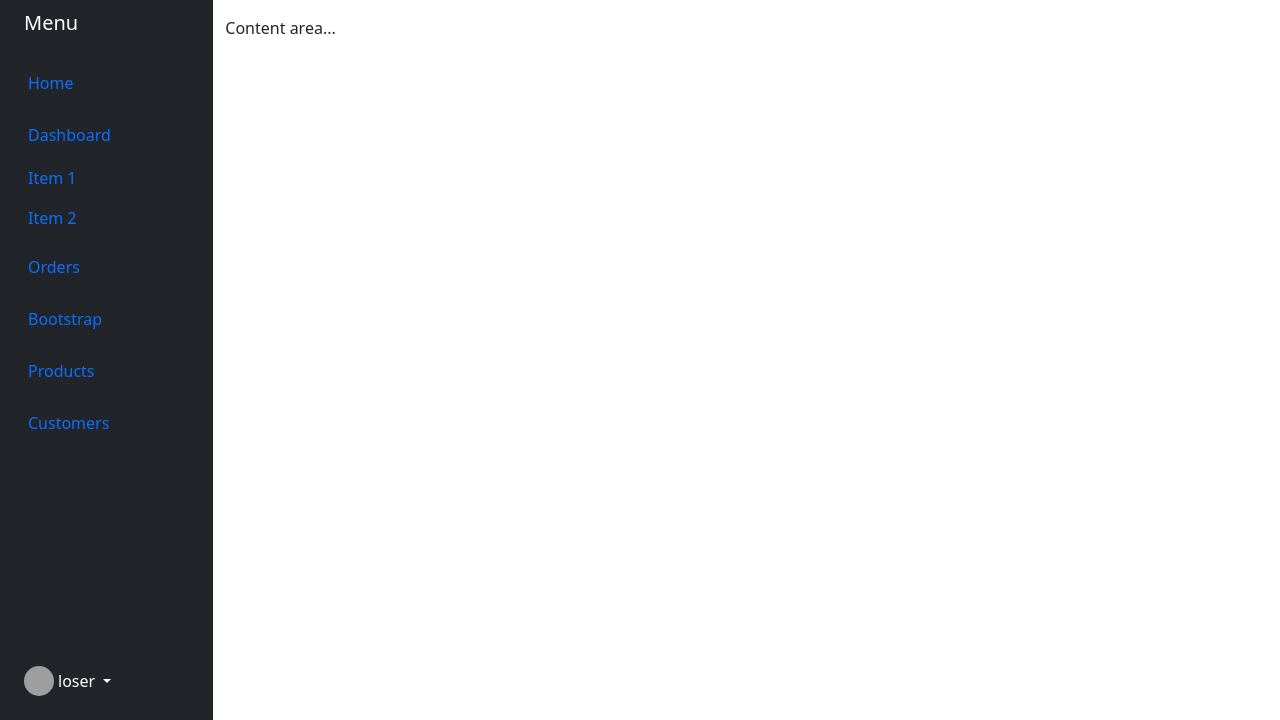
Repository: Sarah7223/internet-programming-tp
Page: TP4/TP04.6.html
An editor plug-in stored every save of this project. The page is shown before and after the next save, followed by the edit.
The browser window is 1280 px wide. The pictures show the whole page.
Pictures or frames that could not be fetched are drawn as grey boxes.

Above is the page before, as saved 2023-02-01 23:16:00.

### TP4/TP04.6.html
<!DOCTYPE html>
    <head>
        <style>
            .logo{
                display: flex;
                align-items: flex-end;

            }


        </style>
        <link href="https://cdn.jsdelivr.net/npm/bootstrap@5.3.0-alpha1/dist/css/bootstrap.min.css" rel="stylesheet" integrity="sha384-GLhlTQ8iRABdZLl6O3oVMWSktQOp6b7In1Zl3/Jr59b6EGGoI1aFkw7cmDA6j6gD" crossorigin="anonymous">
    </head>
    <body>
        <div class="container-fluid">
            <div class="row flex-nowrap">
                <div class="col-auto col-md-3 col-xl-2 px-sm-2 px-0 bg-dark">
                    <div class="d-flex flex-column align-items-center align-items-sm-start px-3 pt-2 text-white min-vh-100">
                        <a href="/" class="d-flex align-items-center pb-3 mb-md-0 me-md-auto text-white text-decoration-none">
                            <span class="fs-5 d-none d-sm-inline">Menu</span>
                        </a>
                        <ul class="nav nav-pills flex-column mb-sm-auto mb-0 align-items-center align-items-sm-start" id="menu">
                            <li class="nav-item">
                                <a href="#" class="nav-link align-middle px-0">
                                    <i class="fs-4 bi-house"></i> <span class="ms-1 d-none d-sm-inline">Home</span>
                                </a>
                            </li>
                            <li>
                                <a href="#submenu1" data-bs-toggle="collapse" class="nav-link px-0 align-middle">
                                    <i class="fs-4 bi-speedometer2"></i> <span class="ms-1 d-none d-sm-inline">Dashboard</span> </a>
                                <ul class="collapse show nav flex-column ms-1" id="submenu1" data-bs-parent="#menu">
                                    <li class="w-100">
                                        <a href="#" class="nav-link px-0"> <span class="d-none d-sm-inline">Item</span> 1 </a>
                                    </li>
                                    <li>
                                        <a href="#" class="nav-link px-0"> <span class="d-none d-sm-inline">Item</span> 2 </a>
                                    </li>
                                </ul>
                            </li>
                            <li>
                                <a href="#" class="nav-link px-0 align-middle">
                                    <i class="fs-4 bi-table"></i> <span class="ms-1 d-none d-sm-inline">Orders</span></a>
                            </li>
                            <li>
                                <a href="#submenu2" data-bs-toggle="collapse" class="nav-link px-0 align-middle ">
                                    <i class="fs-4 bi-bootstrap"></i> <span class="ms-1 d-none d-sm-inline">Bootstrap</span></a>
                                <ul class="collapse nav flex-column ms-1" id="submenu2" data-bs-parent="#menu">
                                    <li class="w-100">
                                        <a href="#" class="nav-link px-0"> <span class="d-none d-sm-inline">Item</span> 1</a>
                                    </li>
                                    <li>
                                        <a href="#" class="nav-link px-0"> <span class="d-none d-sm-inline">Item</span> 2</a>
                                    </li>
                                </ul>
                            </li>
                            <li>
                                <a href="#submenu3" data-bs-toggle="collapse" class="nav-link px-0 align-middle">
                                    <i class="fs-4 bi-grid"></i> <span class="ms-1 d-none d-sm-inline">Products</span> </a>
                                    <ul class="collapse nav flex-column ms-1" id="submenu3" data-bs-parent="#menu">
                                    <li class="w-100">
                                        <a href="#" class="nav-link px-0"> <span class="d-none d-sm-inline">Product</span> 1</a>
                                    </li>
                                    <li>
                                        <a href="#" class="nav-link px-0"> <span class="d-none d-sm-inline">Product</span> 2</a>
                                    </li>
                                    <li>
                                        <a href="#" class="nav-link px-0"> <span class="d-none d-sm-inline">Product</span> 3</a>
                                    </li>
                                    <li>
                                        <a href="#" class="nav-link px-0"> <span class="d-none d-sm-inline">Product</span> 4</a>
                                    </li>
                                </ul>
                            </li>
                            <li>
                                <a href="#" class="nav-link px-0 align-middle">
                                    <i class="fs-4 bi-people"></i> <span class="ms-1 d-none d-sm-inline">Customers</span> </a>
                            </li>
                        </ul>
                        <hr>
                        <div class="dropdown pb-4">
                            <a href="#" class="d-flex align-items-center text-white text-decoration-none dropdown-toggle" id="dropdownUser1" data-bs-toggle="dropdown" aria-expanded="false">
                                <img src="https://github.com/mdo.png" alt="hugenerd" width="30" height="30" class="rounded-circle">
                                <span class="d-none d-sm-inline mx-1">loser</span>
                            </a>
                            <ul class="dropdown-menu dropdown-menu-dark text-small shadow">
                                <li><a class="dropdown-item" href="#">New project...</a></li>
                                <li><a class="dropdown-item" href="#">Settings</a></li>
                                <li><a class="dropdown-item" href="#">Profile</a></li>
                                <li>
                                    <hr class="dropdown-divider">
                                </li>
                                <li><a class="dropdown-item" href="#">Sign out</a></li>
                            </ul>
                        </div>
                    </div>
                </div>
                <div class="col py-3">
                    Content area...
                </div>
            </div>
        </div>
              <!-- Optional JavaScript -->
              <!-- jQuery first, then Popper.js, then Bootstrap JS -->
              <script src="https://code.jquery.com/jquery-3.4.1.slim.min.js" integrity="sha384-J6qa4849blE2+poT4WnyKhv5vZF5SrPo0iEjwBvKU7imGFAV0wwj1yYfoRSJoZ+n" crossorigin="anonymous"></script>
              <script src="https://cdn.jsdelivr.net/npm/popper.js@1.16.0/dist/umd/popper.min.js" integrity="sha384-Q6E9RHvbIyZFJoft+2mJbHaEWldlvI9IOYy5n3zV9zzTtmI3UksdQRVvoxMfooAo" crossorigin="anonymous"></script>
              <script src="https://stackpath.bootstrapcdn.com/bootstrap/4.4.1/js/bootstrap.min.js" integrity="sha384-wfSDF2E50Y2D1uUdj0O3uMBJnjuUD4Ih7YwaYd1iqfktj0Uod8GCExl3Og8ifwB6" crossorigin="anonymous"></script>
    </body>
</html

After the next save:
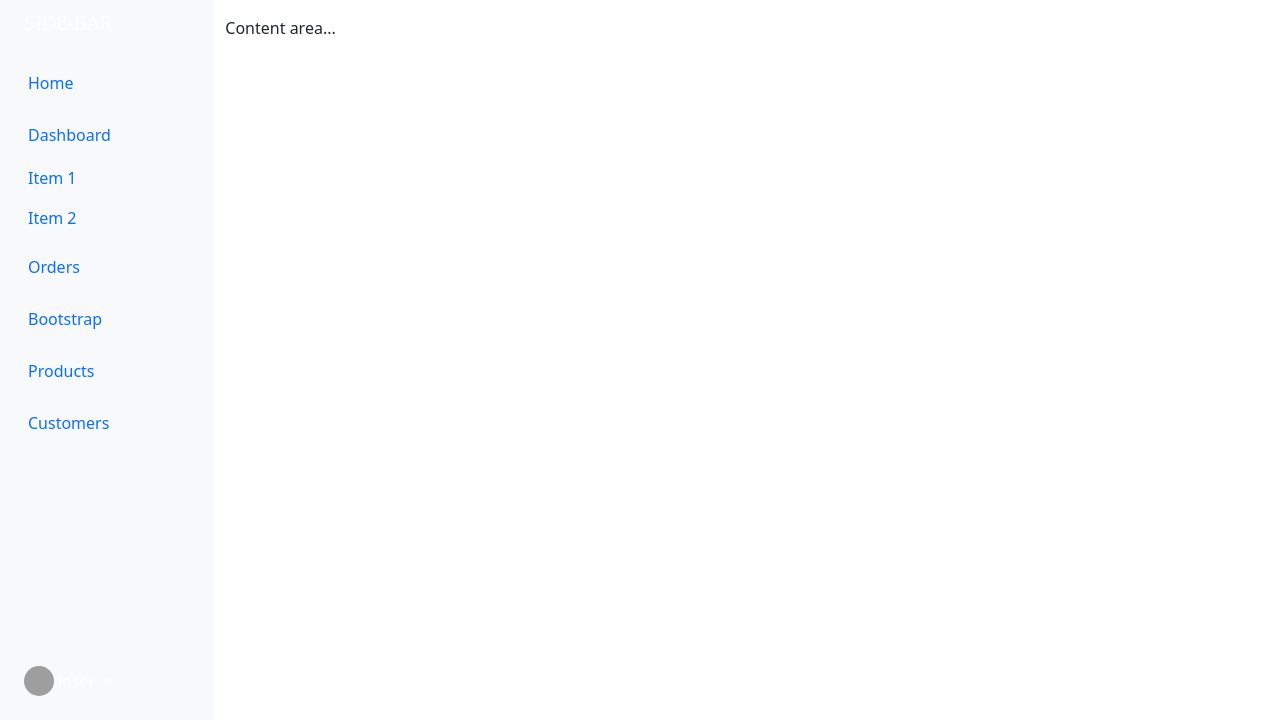
Saved 63 s later.
--- a/TP4/TP04.6.html
+++ b/TP4/TP04.6.html
@@ -14,10 +14,10 @@
     <body>
         <div class="container-fluid">
             <div class="row flex-nowrap">
-                <div class="col-auto col-md-3 col-xl-2 px-sm-2 px-0 bg-dark">
+                <div class="col-auto col-md-3 col-xl-2 px-sm-2 px-0 bg-light">
                     <div class="d-flex flex-column align-items-center align-items-sm-start px-3 pt-2 text-white min-vh-100">
                         <a href="/" class="d-flex align-items-center pb-3 mb-md-0 me-md-auto text-white text-decoration-none">
-                            <span class="fs-5 d-none d-sm-inline">Menu</span>
+                            <span class="fs-5 d-none d-sm-inline">SIDE-BAR</span>
                         </a>
                         <ul class="nav nav-pills flex-column mb-sm-auto mb-0 align-items-center align-items-sm-start" id="menu">
                             <li class="nav-item">
